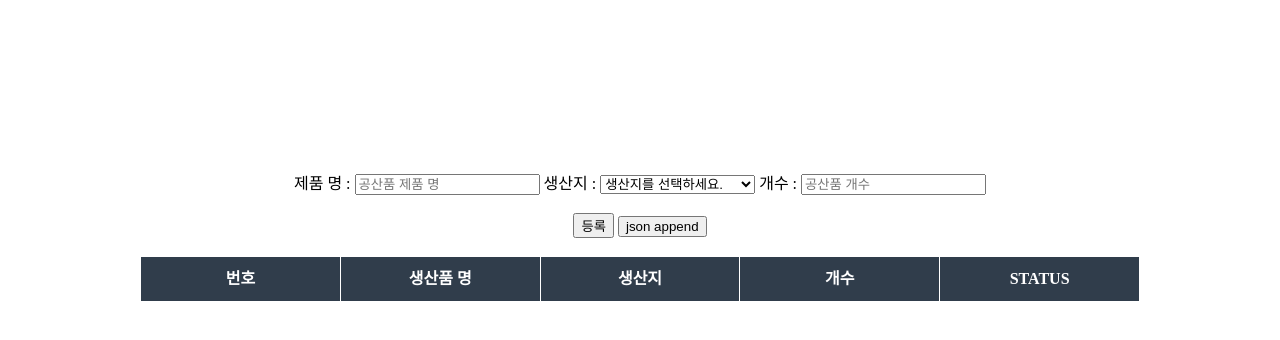
Repository: charmingjae/swproject
Page: http://localhost/board_project/product.jsp
These files come from the project's save history. The page is drawn as it stood at one moment and after the next save; the edit follows.
The browser window is 1280 px wide. The pictures show the whole page.
Some web libraries are served in a nearby version. The page is served by Tomcat 9. Queries for data that is not in the repository find no rows.

Above is the page before, as saved 2019-10-15 10:23:44.

After the next save:
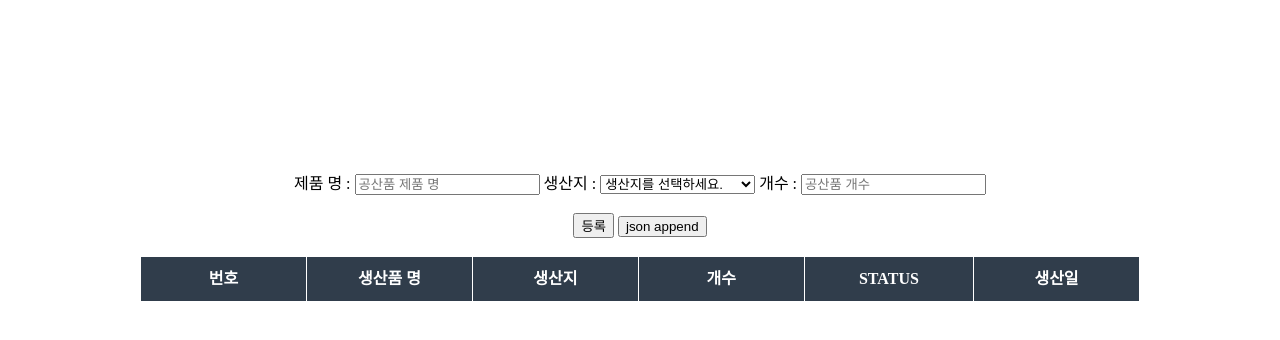
Saved 17 s later.
--- a/board_project/board_project/WebContent/product.jsp
+++ b/board_project/board_project/WebContent/product.jsp
@@ -248,6 +248,7 @@ function statusChg(){
 			<th>생산지</th>
 			<th>개수</th>
 			<th>STATUS</th>
+			<th>생산일</th>
 		</tr>
   			<%
 
